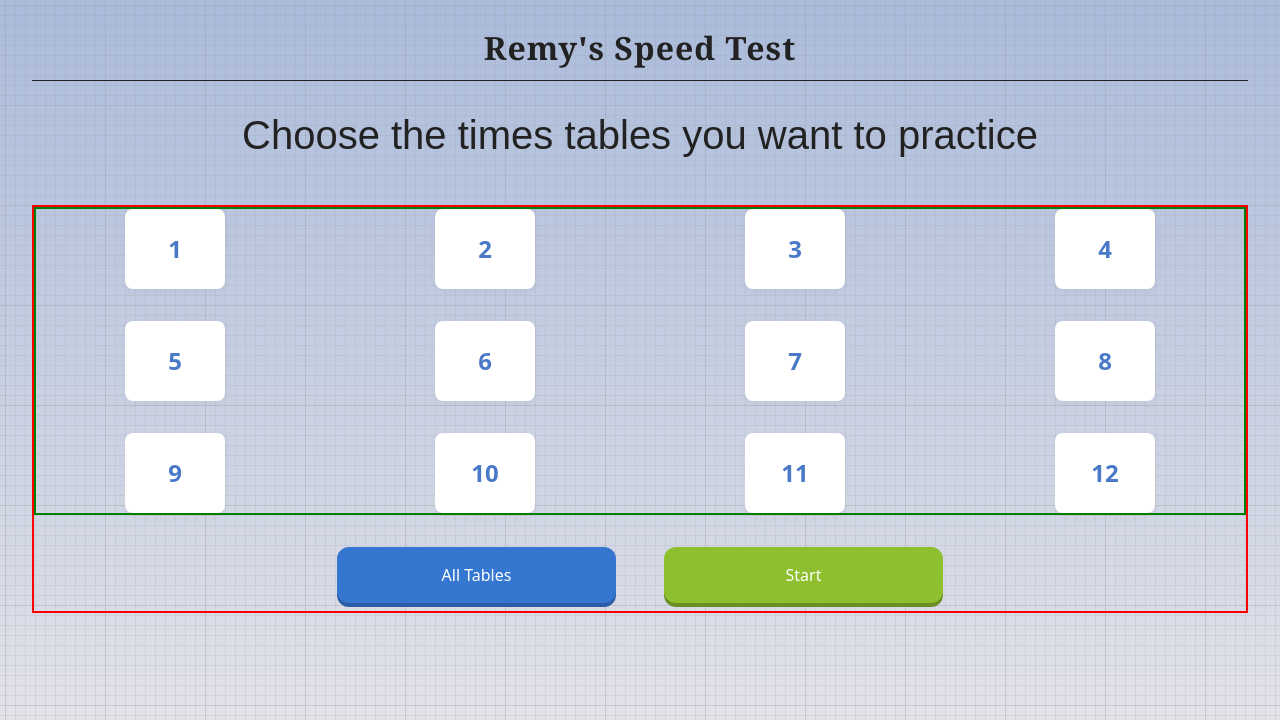
Repository: Chinurum-Omenuko/remys-speed-test
Page: / (app in app/)
These files come from the project's save history. The page is drawn as it stood at one moment and after the next save; the edit follows.
The browser window is 1280 px wide. The pictures show the whole page.
The project was rebuilt for these pictures with package versions that can differ from the ones it lists, and the page was loaded fresh each time. The framework's server and built-in components were replaced by stand-ins that run in the browser. Also part of the build but not shown: app/svelte.config.js, app/vite.config.ts.

Above is the page before, as saved 2025-11-17 21:01:33.

After the next save:
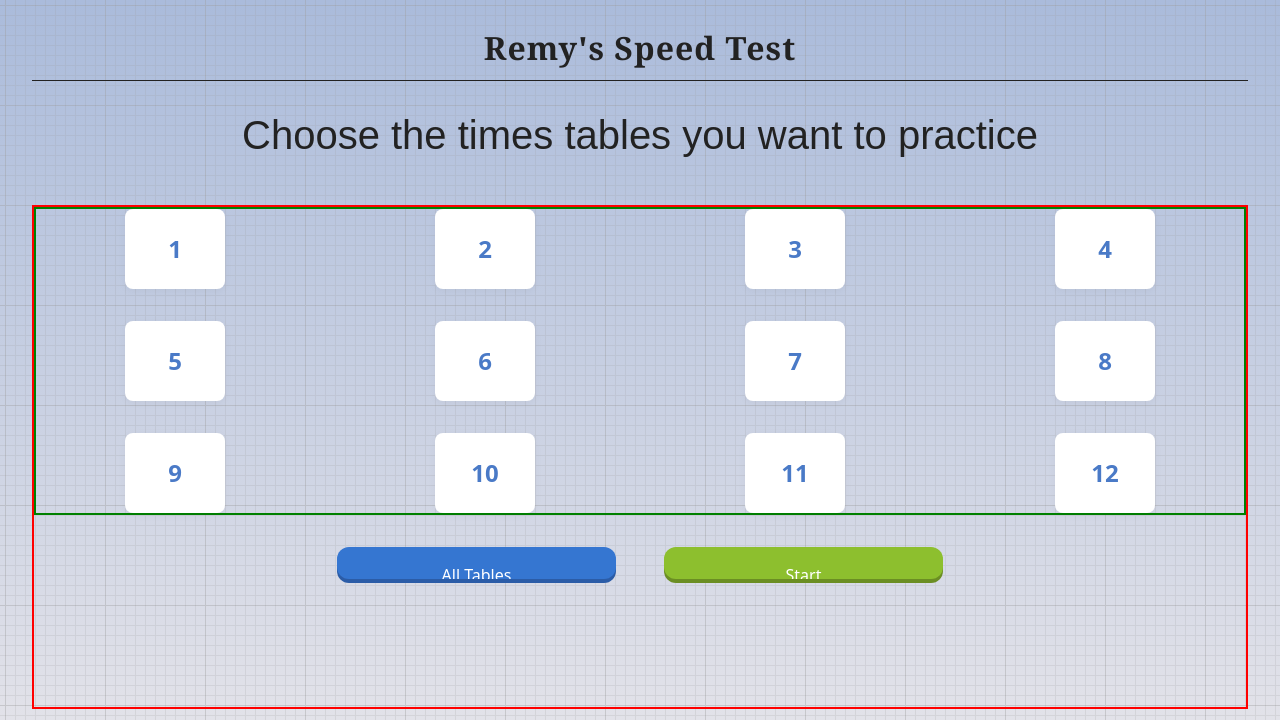
Saved 7 s later.
--- a/app/src/routes/+page.svelte
+++ b/app/src/routes/+page.svelte
@@ -233,7 +233,7 @@
 		}
 		.content{
 			border: solid 2px red;
-
+			height: 70vh;
 		}
 		.table-btn {
 			width: 100px;
